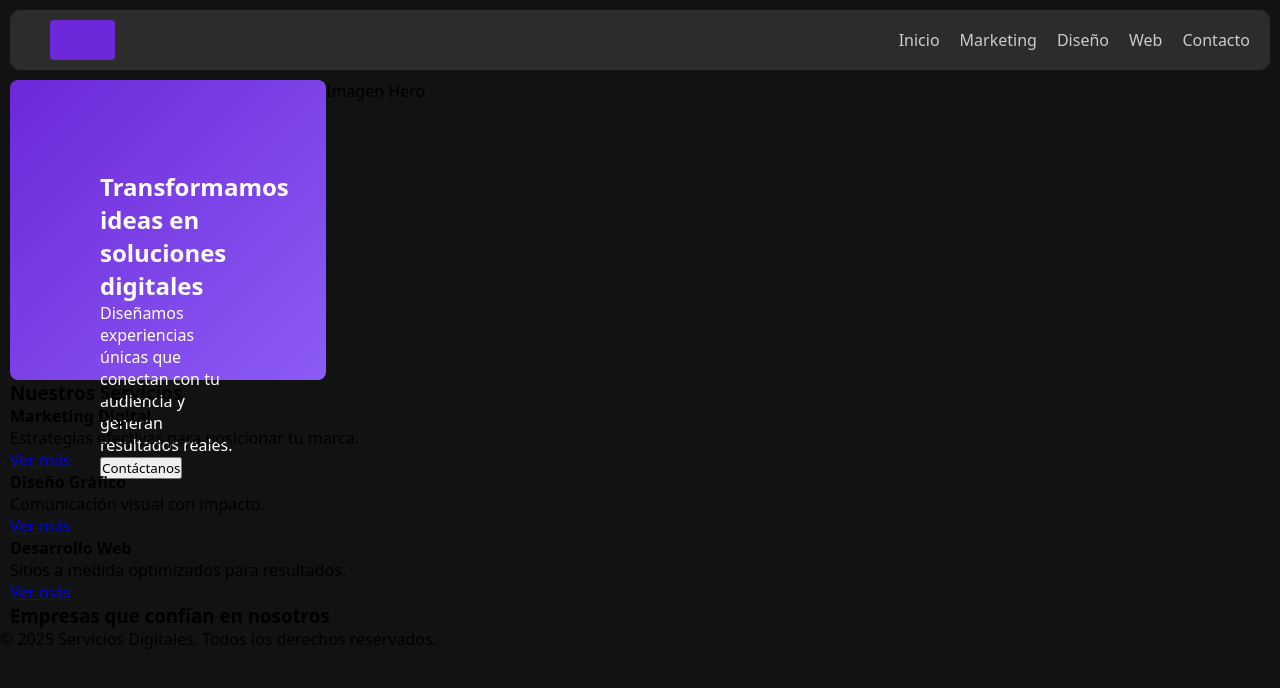
Repository: santinogarrone/TrabajoAgustin
Page: html/index.html
The author's editor kept a copy of each file at every save. The page is drawn from the files as they stood at one save, then again after the next save.
The browser window is 1280 px wide. The pictures show the whole page.

Above is the page before, as saved 2025-05-02 12:12:42.

### html/index.html
<!DOCTYPE html>
<html lang="en">
<head>
    <meta charset="UTF-8">
    <meta name="viewport" content="width=device-width, initial-scale=1.0">
    <link rel="stylesheet" href="../css/style.css">
    <title>Página de Agustin</title>
</head>
<body>

    <header>
        <nav class="nav-bar">
            <div class="cuadrado-violeta">

            </div>


            <ul class="nav-list">
                <li class="nav-item"><a href="">Inicio</a></li>
                <li class="nav-item"><a href="">Marketing</a></li>
                <li class="nav-item"><a href="">Diseño</a></li>
                <li class="nav-item"><a href="">Web</a></li>
                <li class="nav-item"><a href="">Contacto</a></li>
            </ul>

            <button class="menu-icon" aria-label="menu">
                <span class="menu-line"></span>
                <span class="menu-line"></span>
                <span class="menu-line"></span>
            </button>
        </nav>
    </header>
        <main>

            <section class="main-contact">
                <div class="contacto">
                    <h2 class="tit-contacto">Transformamos ideas en soluciones digitales</h2>
                    <p class="explicacion">Diseñamos experiencias únicas que conectan con tu audiencia y generan resultados reales.</p>

                    <button class="boton-contactar" onclick="location.href='../html/contacto.html'">
                        Contáctanos
                    </button>
                </div>

                <div class="img-hero">
                    Imagen Hero
                </div>
            </section>

            <section class="servicios">
                <h3>Nuestros Servicios</h3>

                <div class="card">
                    <h4>Marketing Digital</h4>
                    <p>Estrategias efectivas para posicionar tu marca.</p>
                    <a href="../html/marketing.html">Ver más</a>
                </div>

                <div class="card">
                    <h4>Diseño Gráfico</h4>
                    <p>Comunicación visual con impacto.</p>
                    <a href="#">Ver más</a>
                </div>

                <div class="card">
                    <h4>Desarrollo Web</h4>
                    <p>Sitios a medida optimizados para resultados.</p>
                    <a href="#">Ver más</a>
                </div>

            </section>

            <section class="empresas">
                <h3>Empresas que confían en nosotros</h3>
                <article class="logos">
                    <div class="logo"></div>
                    <div class="logo"></div>
                    <div class="logo"></div>
                    <div class="logo"></div>
                </article>

            </section>

        </main>

    <footer>
        <div class="ftr">
            <p>&copy; 2025 Servicios Digitales. Todos los derechos reservados.</p>
        </div>
    </footer>
</body>
</html>

### css/style.css
@import url(./global.css);

*{
    margin: 0;
    padding: 0;
    box-sizing: border-box;
    font-family: var(--font-family);
}


body{
    background-color: var(--fondo-color);
    height: 100%;
}
main{
    margin: 0 10px;
}

header{
    padding: 10px;
}
.cuadrado-violeta{
    display: block;
    width: 65px;
    height: 40px;
    background-color: var(--primary-color-original);
    border-radius: 4px;
    margin-left: 20px;
}


.nav-bar {
    display: flex;
    align-items: center;
    justify-content: space-between;
    background-color: #2c2c2c;
    padding: 10px 20px;
    border-radius: 10px;
    position: relative;
  }

  .menu-icon {
    display: none;
  }

  .menu-line {
    height: 4px;
    background-color: white;
    border-radius: 2px;
    width: 100%;
  }

  .nav-list {
    display: flex;
    gap: 20px;
    list-style: none;
    margin: 0;
    padding: 0;
  }

  .nav-item a {
    color: #ccc;
    text-decoration: none;
  }

  .main-contact{
    display: flex;
  }
  .main-contact .contacto{
    background: var(--primary-color-gradient);
    border-radius: 8px;
    color: var(--texto-color);
    padding: 90px;
    max-width: 750px;
    height: 300px;
    flex-direction: column;
    gap: 20px;
    width: 316px;
  }

  .tit-contacto{
    margin: 0;
  }

@media (375px >= width) {

    .hero-img{
        display: none;
    }
    .hero-texto p{
        display: none;
    }
    body{
        background-color: var(--fondo-color);
        height: 100%;
    }

    header{
        background-color: var(--superficie-dos);
        position: sticky;
        top: 0;
        margin: 0;
        border-radius: 0;
    }

    main{
        margin: 0px;
    }
    .explicacion{
        display: none;
    }

    .nav-list{
        display: none;
    }

    .img-hero{
        display: none;
    }
    .cuadrado-violeta{
        display: block;
        width: 65px;
        height: 40px;
        background-color: var(--primary-color-original);
        border-radius: 4px;
        margin-left: 20px;
    }

    .menu-icon{
        width: 30px;
        height: 30px;
        background: transparent;
        display: flex;
        flex-direction: column;
        gap: 4px;
        height: fit-content;
        border: none;
    }

    .menu-line{
        width: 100%;
        height: 4px;
        background-color: var(--texto-color);
        border: none;
        border-radius: 4px;

    }

    .nav-bar{
        display: flex;
        justify-content: space-between;
        align-items: center;
        padding: 5px 16px;
    }


    .main-contact{
        display: flex;
        padding: 24px;
        justify-content: center;
        align-items: center;
    }

    .contacto{
        display: block;
        padding: 34px;
        background: var(--primary-color-gradient);
        border-radius: 10px;
        color: var(--texto-color);
        height: auto;
        font-size: 12px;
    }

    .contacto .tit-contacto{
        text-align: center;
        align-items: center;
        font-weight: bold;
        margin-top: 30px;
    }

    .boton-contactar{
        display: block;
        margin: 0 auto;
        margin-bottom: 20px;
        margin-top: 12px;
        padding: 5px 20px;
        color: var(--primary-claro);
        background-color: var(--fondo-color);
        border-radius: 6px;
        cursor: pointer;
    }

    .servicios{
        display: flex;
        flex-direction: column;
        margin: 0 20px;
    }

    .servicios h3{
        color: var(--texto-color);
    }

    .card{
        margin-top: 5px;
        align-items: center;
        justify-content: center;
        background-color: var(--superficie-dos);
        border-radius: 8px;
        padding: 12px;
        margin-bottom: 15px;
    }

    .card h4{
        color: var(--texto-color);
    }

    .card p{
        color: var(--texto-secundario);
        padding-bottom: 20px;
    }

    .card a{
        display: inline-block;
        margin-bottom: 20px;
        color: var(--texto-color);
        cursor: pointer;
    }

    .empresas{
        display: flex;
        flex-direction: column;
        align-items: flex-start;
        margin-left: 20px;
    }

    .empresas h3{
        color: var(--texto-color);
        margin-bottom: 1rem;
    }

    .logos{
        margin-top: 5px;
        width: 335px;
        display: flex;
        justify-content: center;
        align-items : center;
        gap: 5px;
        background-color: var(--superficie-dos);
        border-radius: 8px;
        padding: 20px;
        margin-bottom: 10px;
    }

    .logo{
        width: 60px;
        height: 30px;
        background-color: #444444;
        border-radius: 5px;
    }

    .ftr{
        background-color: var(--superficie-dos);
        border-radius: 8px;
        text-align: center;
        margin: 15px 10px;
        padding: 16px;
        color: var(--texto-secundario);
    }
}

### css/global.css
:root{
    --primary-color-gradient : linear-gradient(135deg, #6D28D9, #8B5CF6);
    --primary-color-original : #6D28D9;
    --primary-claro : #8b5cf6;
    --secundary-color : #10b981;
    --acento-color : #f5930b;
    --fondo-color : #121212;
    --superficie-color : #1e1e1e;
    --superficie-dos : #2d2d2d;
    --texto-secundario : #A0A0A0;

    --texto-color : #fff;
    --font-family : 'system-ui'
}

After the next save:
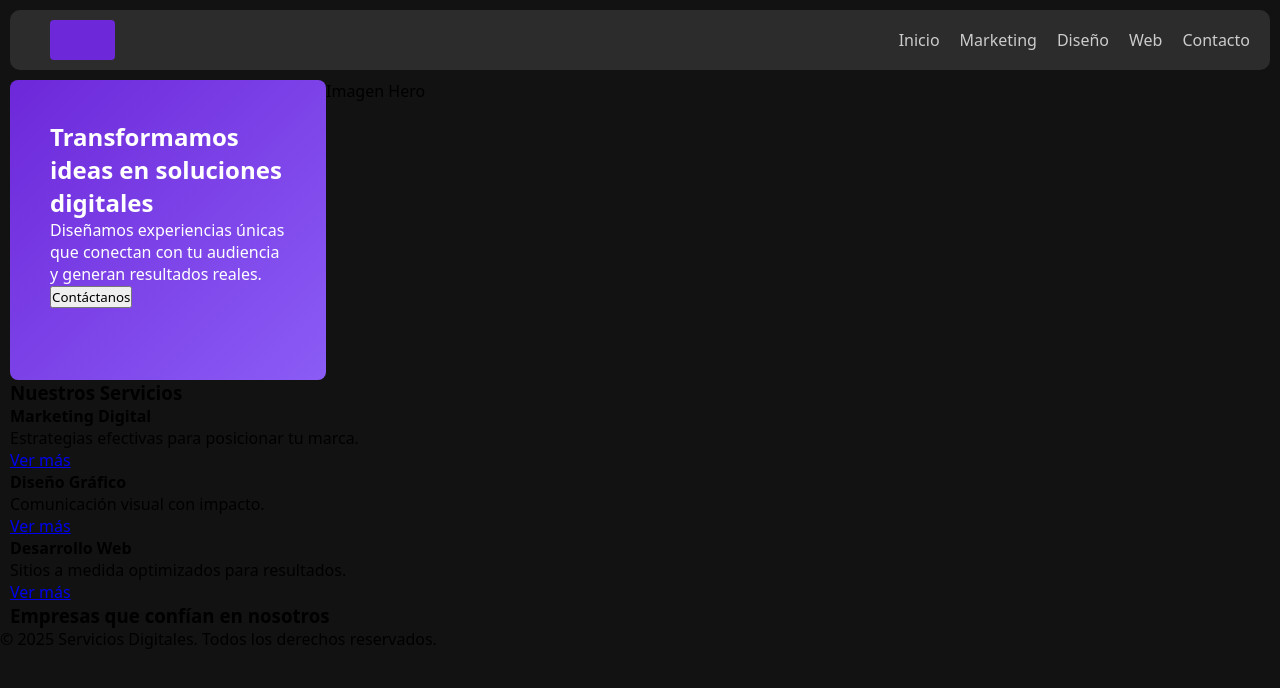
Saved 7 s later.
--- a/css/style.css
+++ b/css/style.css
@@ -70,7 +70,7 @@ header{
     background: var(--primary-color-gradient);
     border-radius: 8px;
     color: var(--texto-color);
-    padding: 90px;
+    padding: 40px;
     max-width: 750px;
     height: 300px;
     flex-direction: column;
